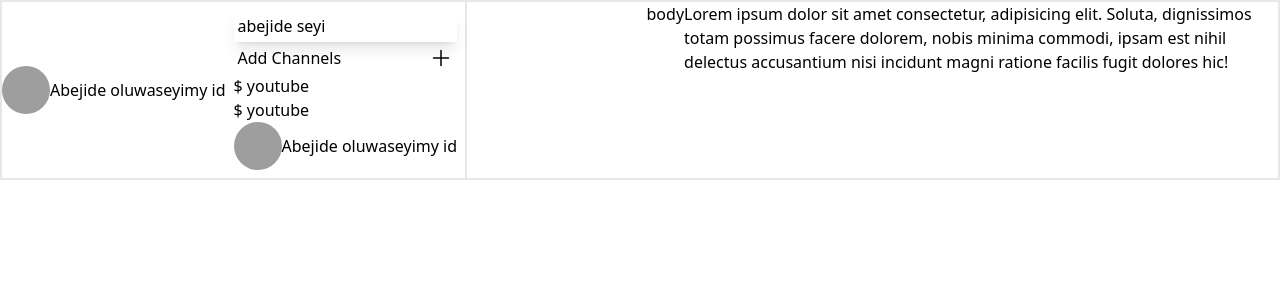
Repository: Semanmernstack/chat-mini
Page: /
An editor plug-in stored every save of this project. The page is shown before and after the next save, followed by the edit.
The browser window is 1280 px wide. The pictures show the whole page.
Pictures or frames that could not be fetched are drawn as grey boxes. The project was rebuilt for these pictures with package versions that can differ from the ones it lists, and the page was loaded fresh each time. Also part of the build but not shown: src/features/counter/Counter.module.css, src/features/counter/Counter.js.

Above is the page before, as saved 2022-11-14 06:18:58.

After the next save:
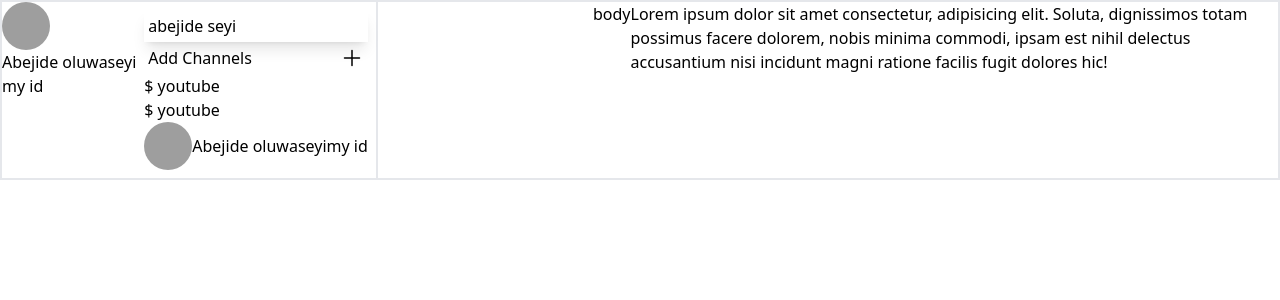
Saved 23 s later.
--- a/src/App.js
+++ b/src/App.js
@@ -9,7 +9,7 @@ function App() {
   return (
     <div className="flex flex-1   max-w-screen-xl mx-auto border-2">
 
-      <div className="flex items-center sp">
+      <div className=" items-center sp">
             <img className="h-12 w-12 rounded-full"   src="https://cdn.pixabay.com/photo/2022/10/17/15/55/meditate-7528123__340.jpg" alt="img" />
             <h3>Abejide oluwaseyi</h3>
             <span>my id</span>
